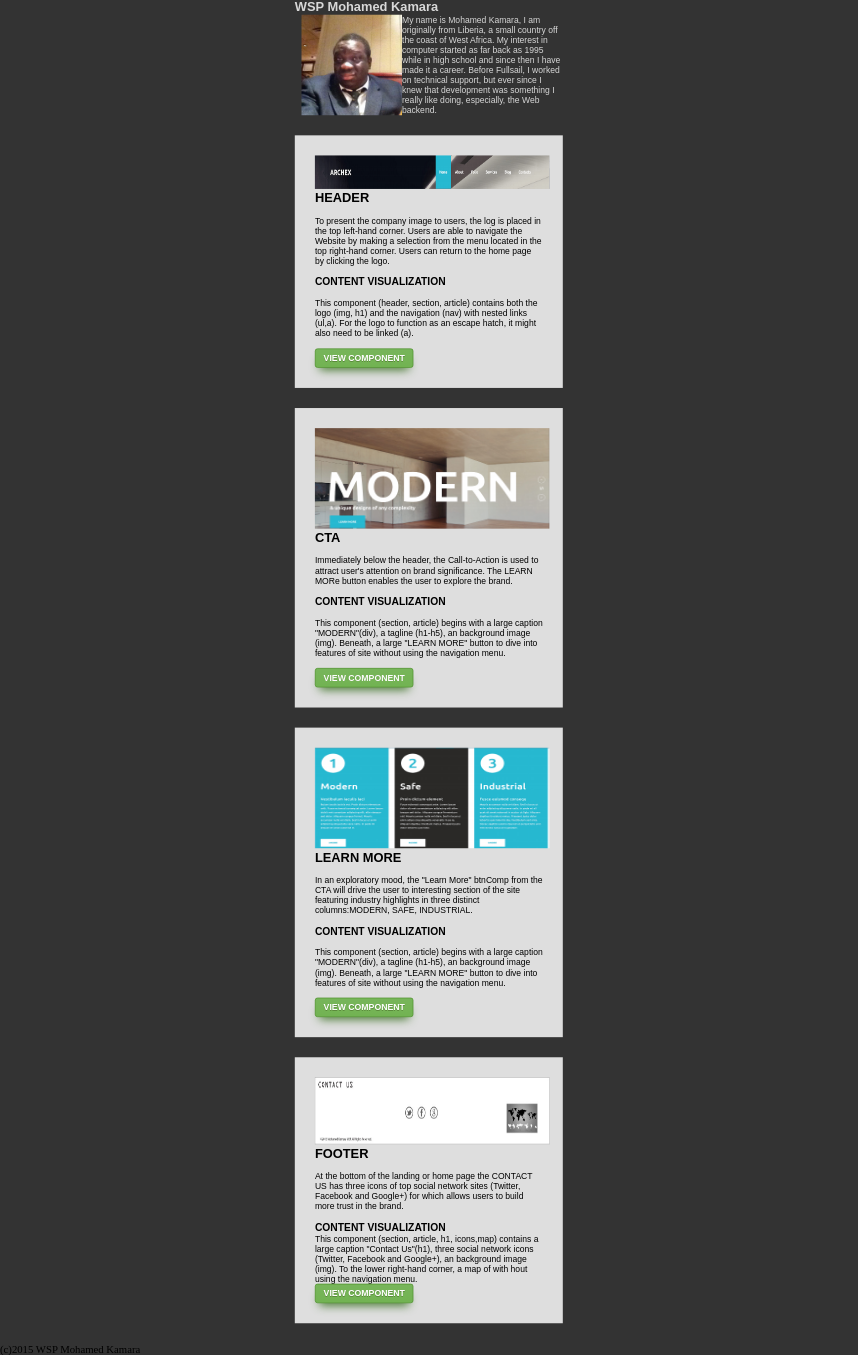
Repository: makamara/WSP_Project
Page: wsp/index.html
The author's editor kept a copy of each file at every save. The page is drawn from the files as they stood at one save, then again after the next save.
The browser window is 1280 px wide. The pictures show the whole page, at 67% of full size.

Above is the page before, as saved 2015-09-15 23:18:34.

### wsp/index.html
<!DOCTYPE html>
<html>
<head>
	<title>WSP: Mohamed Kamara</title>
	<link rel="stylesheet" type="text/css" href="css/reset.css" />
	<link rel="stylesheet" type="text/css" href="css/main.css" />
</head>
<body>


	<!-- Header -->
	<header>

	</header>

	<!-- About -->
	<section id="about">

		<h1>WSP Mohamed Kamara</h1>
		<div class="image">
			<img src="images/art_pix.jpg" alt="Mohamed Kamara" width="150" height="150" /></div>
			<p>My name is Mohamed Kamara, I am originally from Liberia, a small country off the coast of West Africa. My interest in computer
		started as far back as 1995 while in high school and since then I have made it a career. Before Fullsail, I worked on technical
		support, but ever since I knew that development was something I really like doing, especially, the Web backend.
		</p>


	</section>

	<!-- Blog, Components -->
	<section>
		<!-- Header section -->
		<article>

			<img src="images/header.png" alt="Header Section" width="350" height="50" />
			<h1>HEADER</h1><br />
			<p>To present the company image to users, the log is placed in the top left-hand corner. Users are able to navigate the Website
			by making a selection from the menu located in the top right-hand corner. Users can return to the home page by clicking the logo.
			</p><br />
			<h3>CONTENT VISUALIZATION</h3><br />

			<p>This component (header, section, article) contains both the logo (img, h1) and the navigation (nav) with nested links (ul,a).
			For the logo to function as an escape hatch, it might also need to be linked (a).
			</p><br />
			<p><a href="" class="btnComp">VIEW COMPONENT</a></p>
		</article>
		<!-- CTA section -->
		<article>
			<img src="images/cta.jpg" alt="CTA" width="350" height="150" />
			<h1>CTA</h1><br />
			<p>Immediately below the header, the Call-to-Action is used to attract user's attention on brand significance.
				The <strong>LEARN MORe</strong> button enables the user to explore the brand.
			</p><br />
			<h3>CONTENT VISUALIZATION</h3><br />
			<p>This component (section, article) begins with a large caption "MODERN"(div), a tagline (h1-h5), an background image (img).
			Beneath, a large "LEARN MORE" button to dive into features of site without using the navigation menu.
			</p><br />
			<p><a href="" class="btnComp">VIEW COMPONENT</a></p>
		</article>
	<!-- LEARN MORE section -->
		<article>
			<img src="images/learnmore.jpg" alt="Learn More" width="350" height="150" />
			<h1>LEARN MORE</h1><br />
			<p>In an exploratory mood, the "Learn More" btnComp from the CTA will drive the user to interesting section of the site featuring
			industry highlights in three distinct columns:MODERN, SAFE, INDUSTRIAL.

			</p><br />
			<h3>CONTENT VISUALIZATION</h3><br />
			<p>This component (section, article) begins with a large caption "MODERN"(div), a tagline (h1-h5), an background image (img).
			Beneath, a large "LEARN MORE" button to dive into features of site without using the navigation menu.
			</p><br />
			<p><a href="" class="btnComp">VIEW COMPONENT</a></p>
		</article>
		<!-- FOOTER section -->
		<article>
			<img src="images/footer.jpg" alt="Footer" width="350" height="100" />
			<h1>FOOTER</h1><br />
			<p>At the bottom of the landing or home page the CONTACT US has three icons of top social network sites (Twitter, Facebook and Google+) for
			which allows users to build more trust in the brand.

			</p><br />
			<h3>CONTENT VISUALIZATION</h3>
			<p>This component (section, article, h1, icons,map) contains a large caption "Contact Us"(h1), three social network icons (Twitter, Facebook and Google+),
				 an background image (img). To the lower right-hand corner, a map of with hout using the navigation menu.
			</p>
			<p><a href="" class="btnComp">VIEW COMPONENT</a></p>
		</article>
	</section>
<footer>(c)2015 WSP Mohamed Kamara</footer>
</body>
</html>

### wsp/css/reset.css
/* CSS RESET
====================================================================================================
====================================================================================================
*/



html, body, div, main, span, applet, object, iframe,
h1, h2, h3, h4, h5, h6, p, blockquote, pre,
a, abbr, acronym, address, big, cite, code,
del, dfn, em, img, ins, kbd, q, s, samp,
small, strike, strong, sub, sup, tt, var,
b, u, i, center,
dl, dt, dd, ol, ul, li,
fieldset, form, label, legend, input, textarea,
table, caption, tbody, tfoot, thead, tr, th, td,
article, aside, canvas, details, embed,
figure, figcaption, footer, header, hgroup,
menu, nav, output, ruby, section, summary,
time, mark, audio, video,
::before, ::after {

	margin: 0; padding: 0;
	border: 0;
	font-size: 100%;
	font: inherit;
	vertical-align: baseline;
	text-decoration: none;

	box-sizing: border-box;

}

// HTML5 - Older browser support
// ======================================================================
article, aside, details, figcaption, figure,
footer, header, hgroup, menu, nav, section {
	display: block;
}


// BODY
// ======================================================================
body {
	line-height: 1;
	font-family: Verdana, Arial, Helvetica, sans-serif;

}


// LISTS - Clear bullets
// ======================================================================
ol, ul { list-style: none; }


// QUOTES
// ======================================================================
blockquote, q { quotes: none; }
blockquote:before, blockquote:after,
q:before, q:after {
	content: '';
	content: none;
}

// TABLES
// ======================================================================
table {
	border-collapse: collapse;
	border-spacing: 0;
}

### wsp/css/main.css
/* Project CSS
============================================================
============================================================*/
body {
    background: #333333;
}

header, section {
    width: 400px;
    margin: 0 auto;
}


/* HEADER ============================== */

/* ABOUT ============================== */

/* COMPONENTS ============================== */
article {
    background: #DEDEDE;
    padding: 30px;
    margin: 30px 0;
    font-family:Arial, Helvetica, sans-serif;
    font-size:0.8em;
}

h1 {
	font-weight:bold;
	font-size:1.5em;
	font-style:normal;
}

h3 {
	font-weight:bold;
	font-size:1.2em;
	font-style:normal
}

#about{
	color:#D8D8D8;
	font-family:Arial, Helvetica, sans-serif;
    font-size:0.8em;

}

.image {
    float: left;
    margin: 0 0 10px 10px;

}

/* View Component button ============================== */
.btnComp {
	-moz-box-shadow: 0px 10px 14px -7px #3e7327;
	-webkit-box-shadow: 0px 10px 14px -7px #3e7327;
	box-shadow: 0px 10px 14px -7px #3e7327;
	background:-webkit-gradient(linear, left top, left bottom, color-stop(0.05, #77b55a), color-stop(1, #72b352));
	background-color:#77b55a;
	-moz-border-radius:4px;
	-webkit-border-radius:4px;
	border-radius:4px;
	border:1px solid #4b8f29;
	display:inline-block;
	cursor:pointer;
	color:#ffffff;
	font-family:Arial;
	font-size:13px;
	font-weight:bold;
	padding:6px 12px;
	text-decoration:none;
	text-shadow:0px 1px 0px #5b8a3c;
}
.btnComp:hover {
	background:-webkit-gradient(linear, left top, left bottom, color-stop(0.05, #72b352), color-stop(1, #77b55a));
	background-color:#72b352;
}
.btnComp:active {
	position:relative;
	top:1px;
}

After the next save:
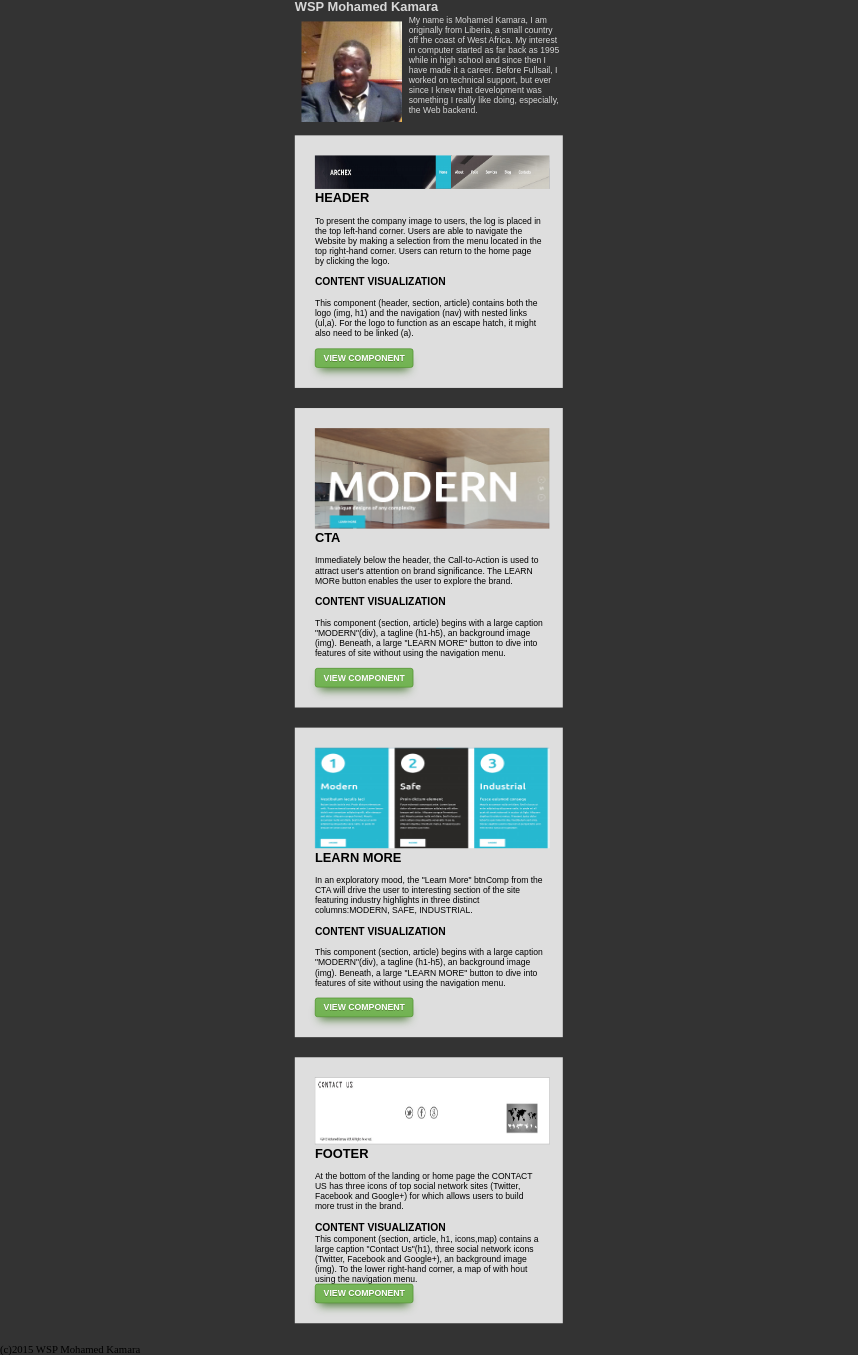
Saved 72 s later.
--- a/wsp/css/main.css
+++ b/wsp/css/main.css
@@ -45,7 +45,7 @@ h3 {
 
 .image {
     float: left;
-    margin: 0 0 10px 10px;
+   padding: 10px;
 
 }
 
